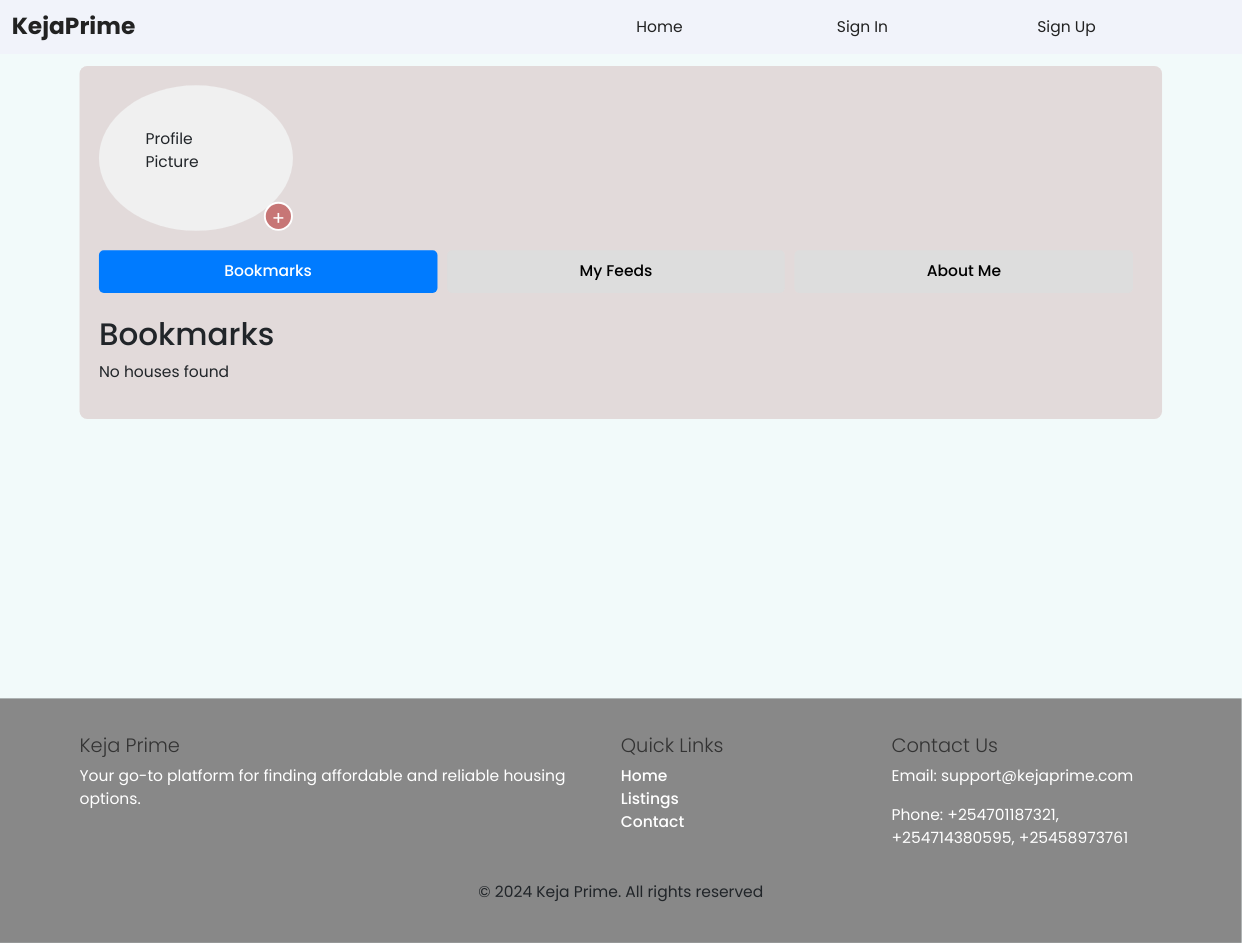
Repository: Pascal7601/kejaPrime
Page: /profile (app in frontend/)
These files come from the project's save history. The page is drawn as it stood at one moment and after the next save; the edit follows.
The browser window is 1280 px wide. The pictures show the whole page, at 97% of full size.
The page's requests for data from a server got no answer. The project was rebuilt for these pictures with package versions that can differ from the ones it lists, and the page was loaded fresh each time. No one was signed in, and anything a server would have sent is missing. Also part of the build but not shown: frontend/vite.config.js, frontend/src/styles/HeroSection.css, frontend/src/components/HeroSection.jsx, frontend/src/pages/Home.jsx, frontend/src/components/Houses.jsx, frontend/src/pages/Listings.jsx, frontend/src/styles/PostHouse.css, frontend/src/pages/PostHouse.jsx and 10 more.

Above is the page before, as saved 2024-10-22 14:32:47.

After the next save:
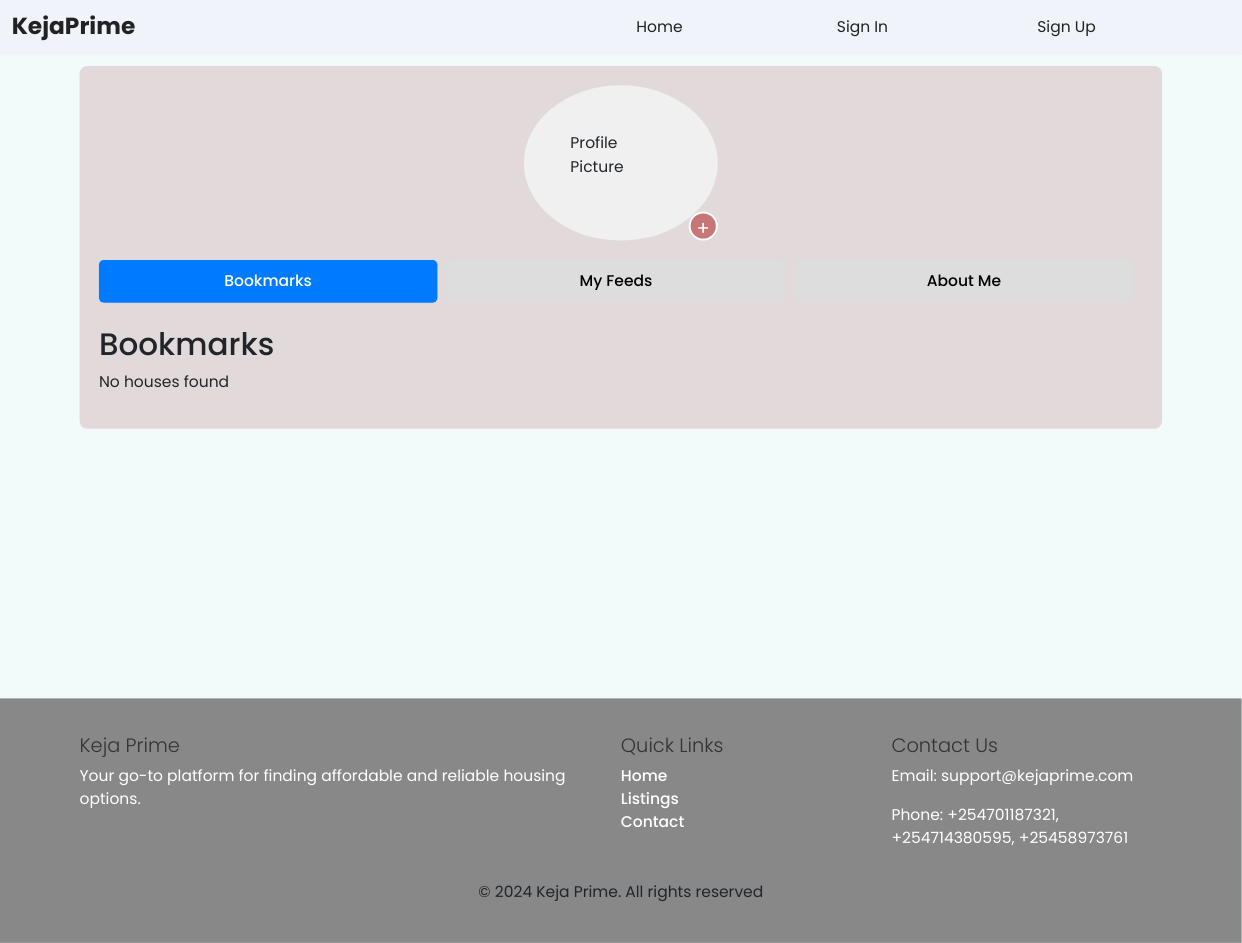
Saved 54 s later.
--- a/frontend/src/styles/Profile.css
+++ b/frontend/src/styles/Profile.css
@@ -57,9 +57,13 @@
     margin-bottom: 20px;
 }
 .profile-picture-container {
+  display: flex;
+  flex-direction: column;
+  align-items: center; /* Center the content inside the container */
+  justify-content: center;
   position: relative;
-  width: 200px; /* Adjust the size as needed */
-  height: 150px; /* Adjust the size as needed */
+  width: 200px; /* Adjust to your desired width */
+  margin: auto; /* Center the container itself */
 }
 .profile-picture {
   width: 100%;

After the 6 saves that followed:
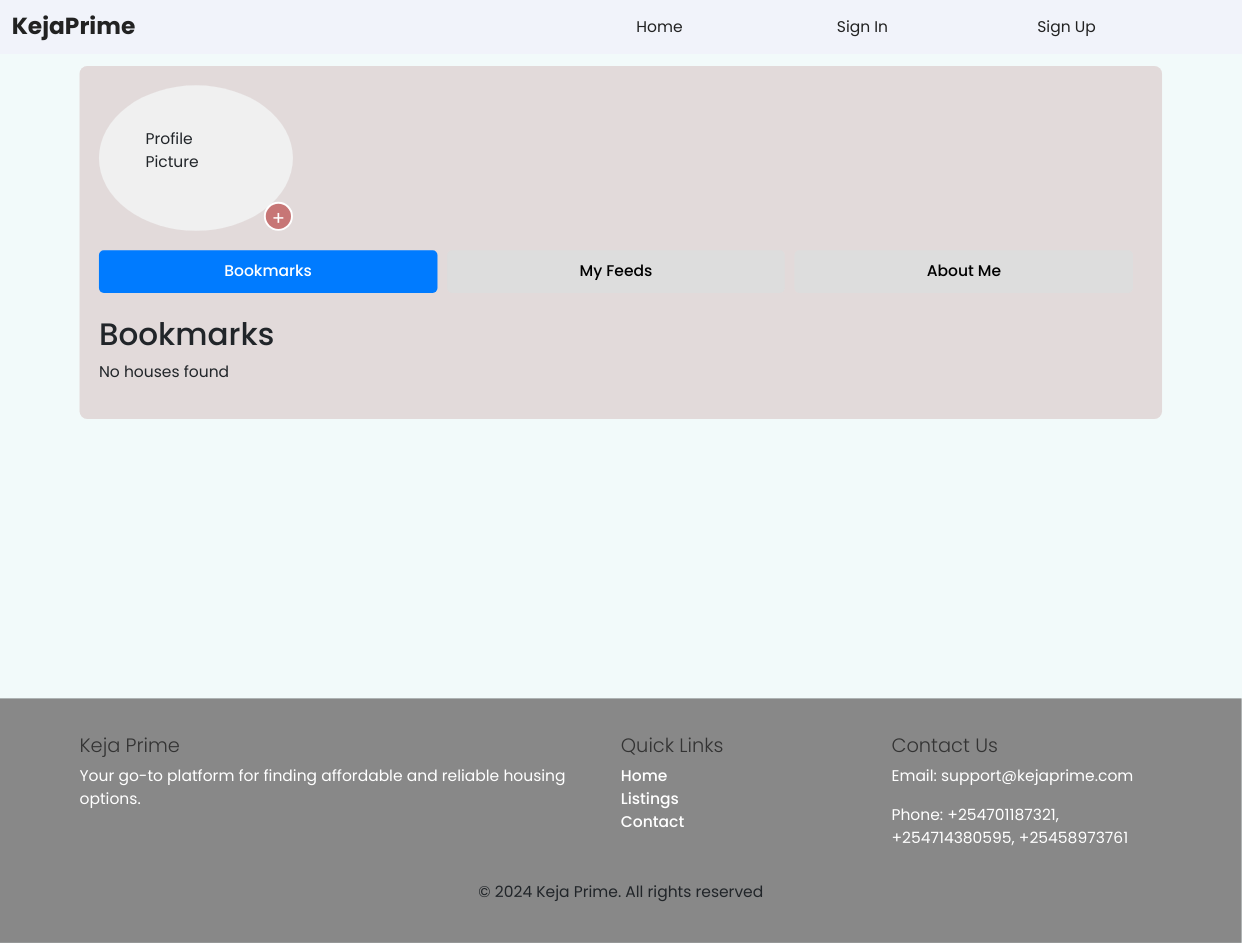
The 6 saves are shown as one change because 3 left the picture as it was and some came seconds apart.
The last was saved 88 s later.
--- a/frontend/src/styles/Profile.css
+++ b/frontend/src/styles/Profile.css
@@ -57,13 +57,9 @@
     margin-bottom: 20px;
 }
 .profile-picture-container {
-  display: flex;
-  flex-direction: column;
-  align-items: center; /* Center the content inside the container */
-  justify-content: center;
   position: relative;
-  width: 200px; /* Adjust to your desired width */
-  margin: auto; /* Center the container itself */
+  width: 200px; /* Adjust the size as needed */
+  height: 150px; /* Adjust the size as needed */
 }
 .profile-picture {
   width: 100%;
